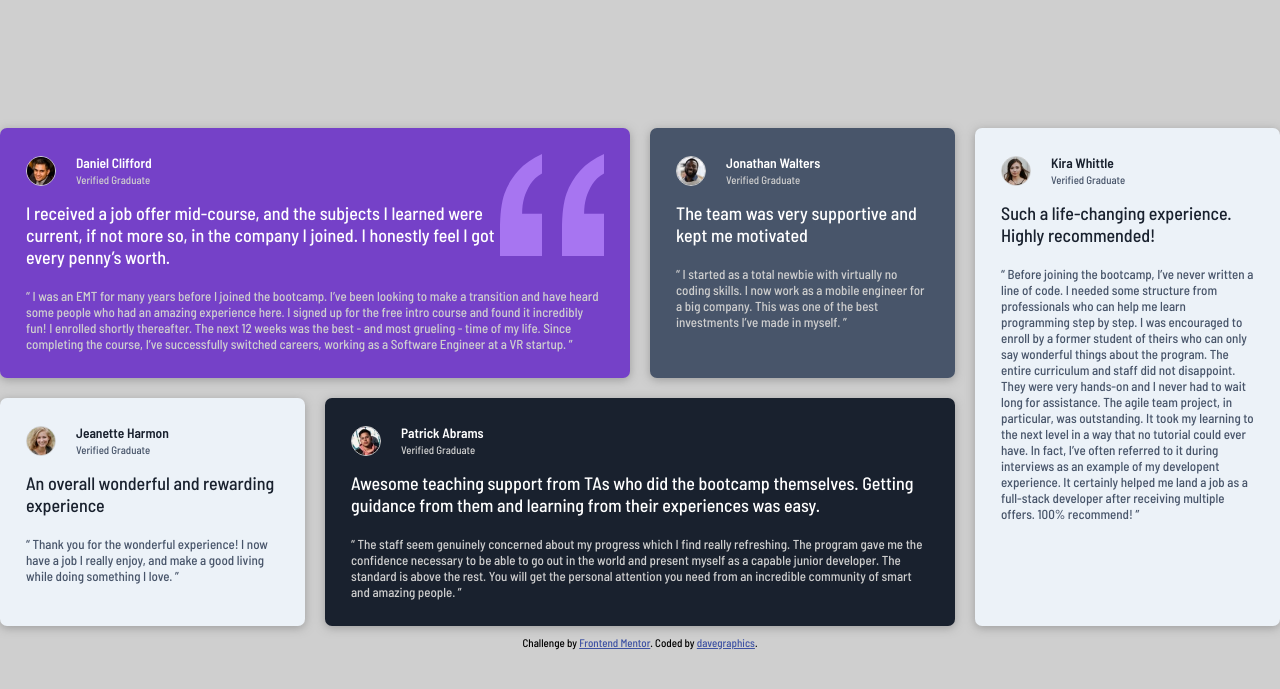
Repository: DejV44/testimonials_grid_section_main
Page: index.html
The author's editor kept a copy of each file at every save. The page is drawn from the files as they stood at one save, then again after the next save.
The browser window is 1280 px wide. The pictures show the whole page.
The style sheet was rebuilt from its Sass, Less or Tailwind sources for each picture, by a compiler version that may differ from the author's.

Above is the page before, as saved 2021-07-15 20:56:54.

### index.html
<!DOCTYPE html>
<html lang="en">

<head>
  <meta charset="UTF-8">
  <meta name="viewport" content="width=device-width, initial-scale=1.0">
  <link rel="stylesheet" href="css/style.css">
  <link rel="icon" type="image/png" sizes="32x32" href="./images/favicon-32x32.png">
  <title>Frontend Mentor | Testimonials grid section</title>
</head>

<body>
  <div class="container">
    <div class="cards violet">
      <img class="quoation" src="./images/bg-pattern-quotation.svg" alt="quoation">
      <div class="image">
        <img src="./images/image-daniel.jpg" alt="image-daniel">
        <div>
          <h4>Daniel Clifford</h4>
          <small>Verified Graduate</small>
        </div>
      </div>
      <p>I received a job offer mid-course, and the subjects I learned were current, if not more so,
        in the company I joined. I honestly feel I got every penny’s worth.</p>
      <blockquote>“ I was an EMT for many years before I joined the bootcamp. I’ve been looking to make a
        transition and have heard some people who had an amazing experience here. I signed up
        for the free intro course and found it incredibly fun! I enrolled shortly thereafter.
        The next 12 weeks was the best - and most grueling - time of my life. Since completing
        the course, I’ve successfully switched careers, working as a Software Engineer at a VR startup. ”</blockquote>
    </div>
    <div class="cards darkgray">
      <div class="image">
        <img src="./images/image-jonathan.jpg" alt="image-jonathan">
        <div>
          <h4>Jonathan Walters</h4>
          <small>Verified Graduate</small>
        </div>
      </div>
      <p>The team was very supportive and kept me motivated</p>
      <blockquote>“ I started as a total newbie with virtually no coding skills. I now work as a mobile engineer
        for a big company. This was one of the best investments I’ve made in myself. ”</blockquote>
    </div>
    <div class="cards lgblue">
      <div class="image">
        <img src="./images/image-jeanette.jpg" alt="image-jeanette">
        <div>
          <h4>Jeanette Harmon</h4>
          <small>Verified Graduate</small>
        </div>
      </div>
      <p>An overall wonderful and rewarding experience</p>
      <blockquote>“ Thank you for the wonderful experience! I now have a job I really enjoy, and make a good living
        while doing something I love. ”</blockquote>
    </div>
    <div class="cards dbblue">
      <div class="image">
        <img src="./images/image-patrick.jpg" alt="image-patrick">
        <div>
          <h4>Patrick Abrams</h4>
          <small>Verified Graduate</small>
        </div>
      </div>
      <p>Awesome teaching support from TAs who did the bootcamp themselves. Getting guidance from them and
        learning from their experiences was easy.</p>
      <blockquote>“ The staff seem genuinely concerned about my progress which I find really refreshing. The program
        gave me the confidence necessary to be able to go out in the world and present myself as a capable
        junior developer. The standard is above the rest. You will get the personal attention you need from
        an incredible community of smart and amazing people. ”</blockquote>
    </div>
    <div class="cards lgblue_b">
      <div class="image">
        <img src="./images/image-kira.jpg" alt="image-kira">
        <div>
          <h4>Kira Whittle</h4>
          <small>Verified Graduate</small>
        </div>
      </div>
      <p>Such a life-changing experience. Highly recommended!</p>
      <blockquote>“ Before joining the bootcamp, I’ve never written a line of code. I needed some structure from
        professionals who can help me learn programming step by step. I was encouraged to enroll by a former
        student of theirs who can only say wonderful things about the program. The entire curriculum and staff
        did not disappoint. They were very hands-on and I never had to wait long for assistance. The agile team
        project, in particular, was outstanding. It took my learning to the next level in a way that no tutorial
        could ever have. In fact, I’ve often referred to it during interviews as an example of my developent
        experience. It certainly helped me land a job as a full-stack developer after receiving multiple offers.
        100% recommend! ”</blockquote>
    </div>
  </div>
  <div class="attribution">
    Challenge by <a href="https://www.frontendmentor.io?ref=challenge" target="_blank">Frontend Mentor</a>.
    Coded by <a href="#">davegraphics</a>.
  </div>
</body>

</html>

### css/style.scss
@import url("https://fonts.googleapis.com/css2?family=Barlow+Semi+Condensed:wght@500;600&display=swap");

$ModerateViolet: hsl(263, 55%, 52%);
$VeryDarkGrayishBlue: hsl(217, 19%, 35%);
$VeryDarkBlackishBlue: hsl(219, 29%, 14%);
$White: hsl(0, 0%, 100%);
$LightGray: hsl(0, 0%, 81%);
$LightGrayishBlue: hsl(210, 46%, 95%);

* {
  margin: 0;
  padding: 0;
  box-sizing: border-box;
}

body {
  font-size: 13px;
  font-family: "Barlow Semi Condensed", sans-serif;
  background-color: $LightGray;

  .container {
    display: grid;
    grid-template-columns: 1fr;
    margin: 20px;
    gap: 20px;
    .cards {
      padding: 2em;
      border-radius: 7px;
      box-shadow: rgba(128, 128, 128, 0.637) 0 2px 10px;

      &.violet {
        background-color: $ModerateViolet;
        .quoation {
            float: right;

        }
      }

      &.darkgray {
        background-color: $VeryDarkGrayishBlue;
      }

      &.lgblue {
        background-color: $LightGrayishBlue;
        p {
          color: $VeryDarkBlackishBlue;
        }
        blockquote {
          color: $VeryDarkGrayishBlue;
        }
        .image {
          h4 {
            color: $VeryDarkBlackishBlue;
          }
          small {
            color: $VeryDarkGrayishBlue;
          }
        }
      }

      &.lgblue_b {
        background-color: $LightGrayishBlue;
        p {
          color: $VeryDarkBlackishBlue;
        }
        blockquote {
          color: $VeryDarkGrayishBlue;
        }
        .image {
          h4 {
            color: $VeryDarkBlackishBlue;
          }
          small {
            color: $VeryDarkGrayishBlue;
          }
        }
      }
      &.dbblue {
        background-color: $VeryDarkBlackishBlue;
      }

      .image {
        display: flex;
        margin-bottom: 15px;
        align-items: center;

        img {
          border-radius: 50%;
          width: 30px;
          height: 30px;
          margin-right: 20px;
          border: 1px solid $LightGray;
        }

        h4 {
          color: $White;
          font-size: 13.5px;
        }

        small {
          color: $LightGray;
        }
      }

      blockquote {
        color: $LightGray;
        padding-top: 20px;
      }
      p {
        color: $White;
        font-size: 18px;
      }
    }
  }

  @media (min-width: 640px) {
    .container {
      grid-template-columns: repeat(2, 1fr);
    }
  }

  @media (min-width: 1280px) {
    .container {
      margin: 10% auto 10px auto;
      max-width: 1280px;
      grid-template-columns: repeat(4, 1fr);
      .cards {
        &.violet {
          grid-column: 1/3;
        }
        &.lgblue_b {
          grid-column: 4;
          grid-row: 1/3;
        }
        &.dbblue {
          grid-column: 2/4;
        }
      }
    }
  }

  .attribution {
    font-size: 11px;
    text-align: center;
  }
  .attribution a {
    color: hsl(228, 45%, 44%);
  }
}

After the next save:
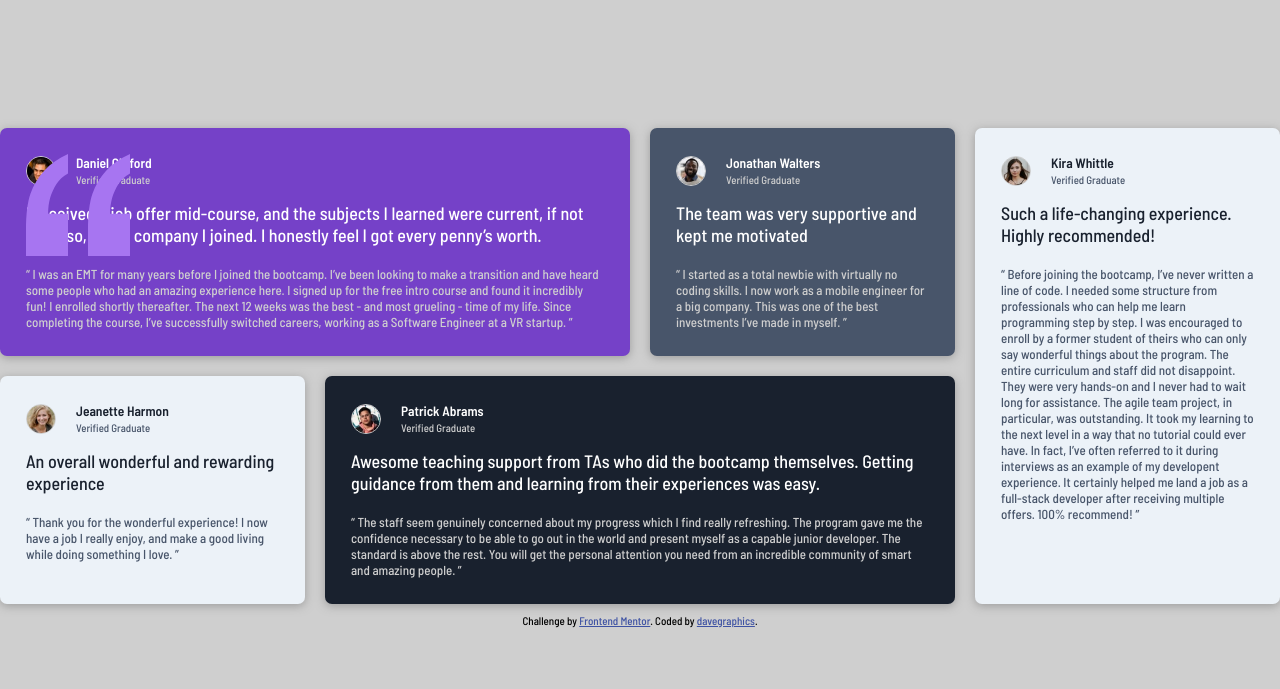
Saved 97 s later.
--- a/css/style.scss
+++ b/css/style.scss
@@ -31,7 +31,7 @@ body {
       &.violet {
         background-color: $ModerateViolet;
         .quoation {
-            float: right;
+            position: absolute;
 
         }
       }
